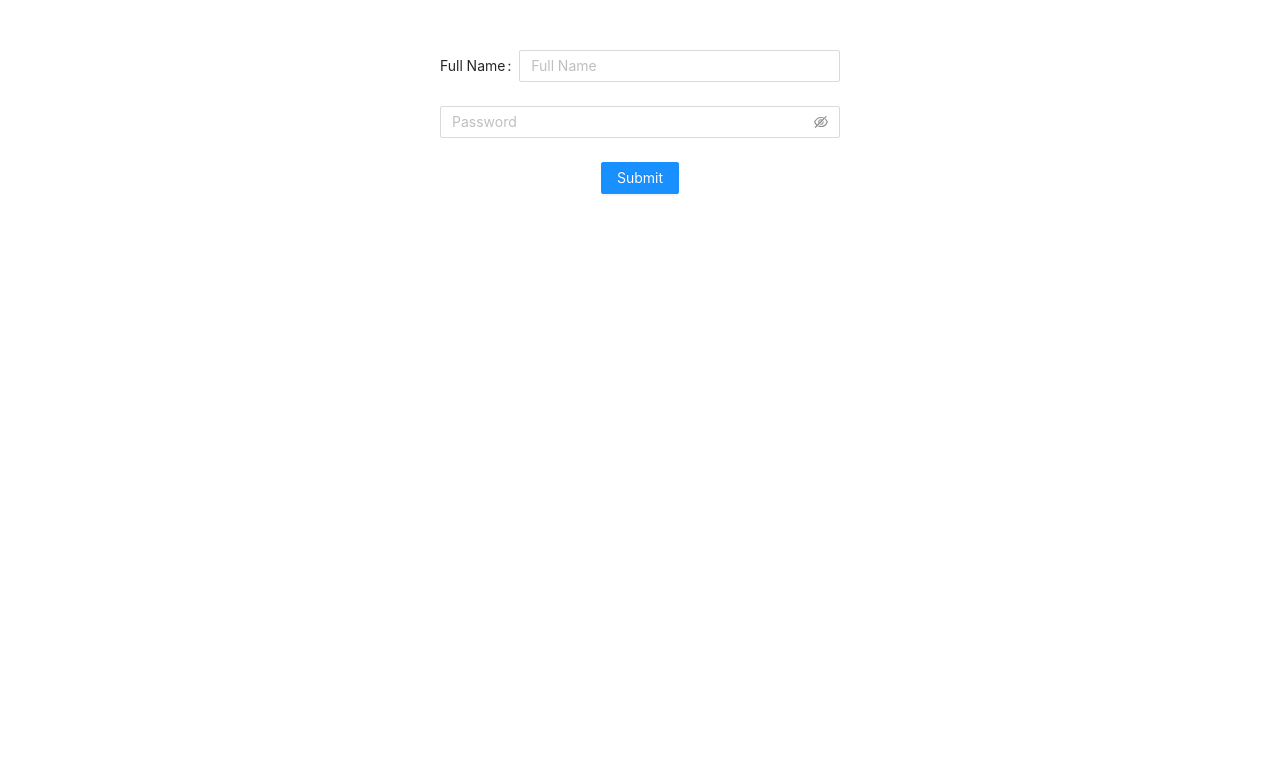
Repository: baodien1405/module-form
Page: /
An editor plug-in stored every save of this project. The page is shown before and after the next save, followed by the edit.
The browser window is 1280 px wide. The pictures show the whole page.
The project was rebuilt for these pictures with package versions that can differ from the ones it lists, and the page was loaded fresh each time.

Above is the page before, as saved 2021-09-09 11:31:27.

After the next save:
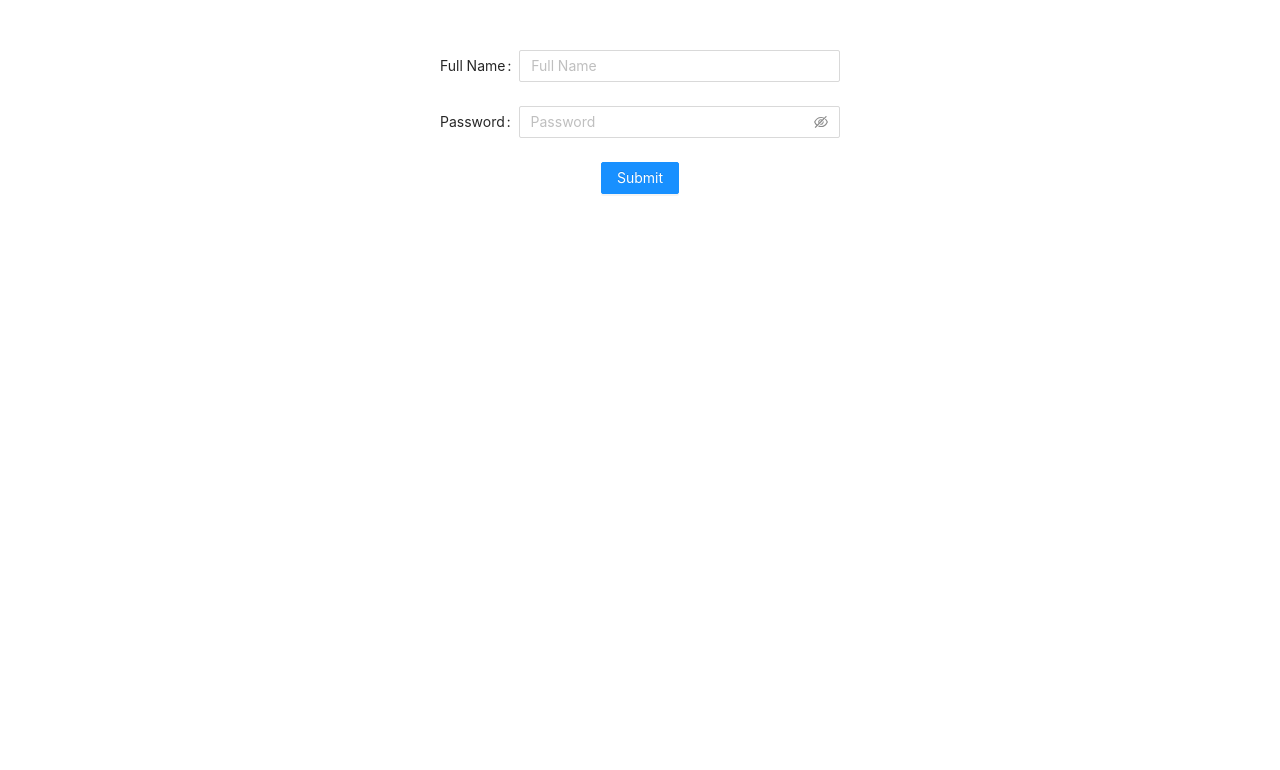
Saved 16 s later.
--- a/src/components/FormFields/PasswordField.tsx
+++ b/src/components/FormFields/PasswordField.tsx
@@ -17,7 +17,11 @@ export function PasswordField({ name, control, label }: InputFieldProps) {
     control,
   });
   return (
-    <Form.Item rules={[{ required: invalid, message: error?.message }]}>
+    <Form.Item
+      label={label}
+      name={name}
+      rules={[{ required: invalid, message: error?.message }]}
+    >
       <Input.Password
         value={value}
         onChange={onChange}
